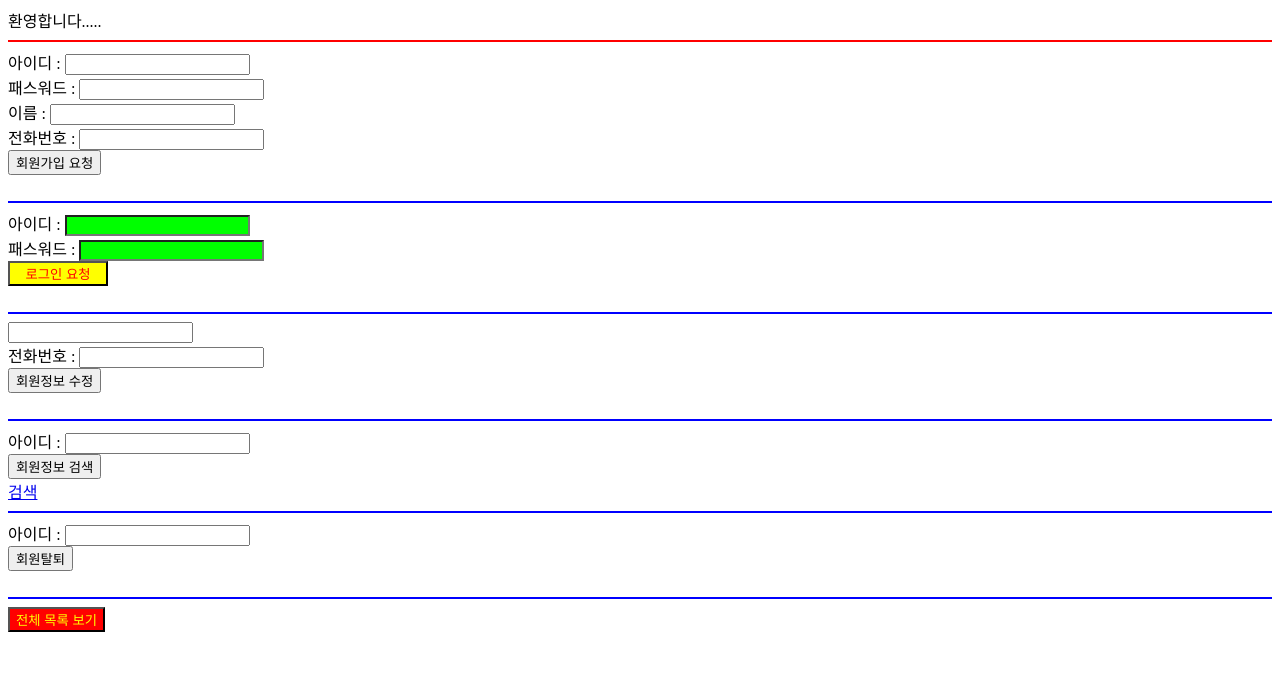
Repository: syshin0116/data2
Page: http://localhost/spring03/
The author's editor kept a copy of each file at every save. The page is drawn from the files as they stood at one save, then again after the next save.
The browser window is 1280 px wide. The pictures show the whole page.
The page is served by Tomcat 9.

Above is the page before, as saved 2022-02-16 03:32:21.

After the next save:
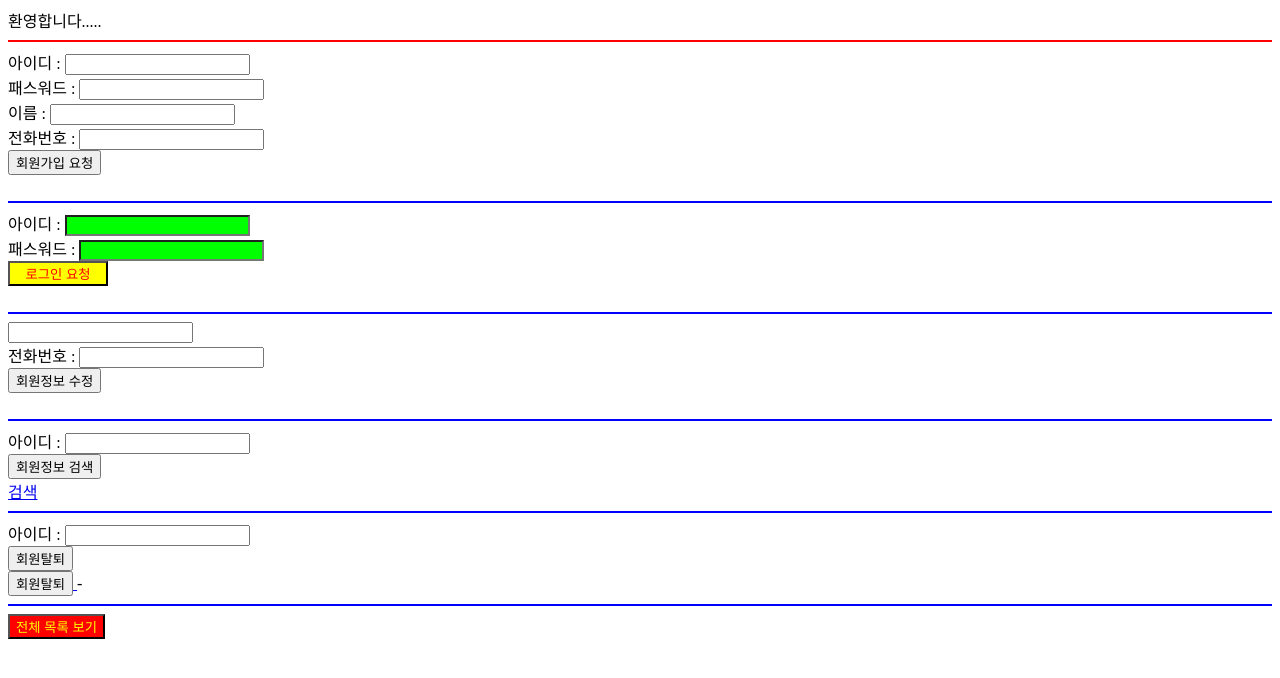
Saved 10 min 13 s later.
--- a/spring03/src/main/webapp/index.jsp
+++ b/spring03/src/main/webapp/index.jsp
@@ -41,11 +41,12 @@
    <hr color="blue">
    <form action="del">
    아이디 : <input type="text" name="id" value="${user}"><br>
+   <button>회원탈퇴</button>
+    </form>
+  <a href="del.jsp?id=${user}">
+      <button>회원탈퇴</button>
+    </a> -
 
-   <%-- <a href="del.jsp?id=${user}"> --%>
-      <button>회원탈퇴</button>
-   <!-- </a> -->
-   </form>
    <br>
    <hr color="blue">
    <a href="list.jsp">
